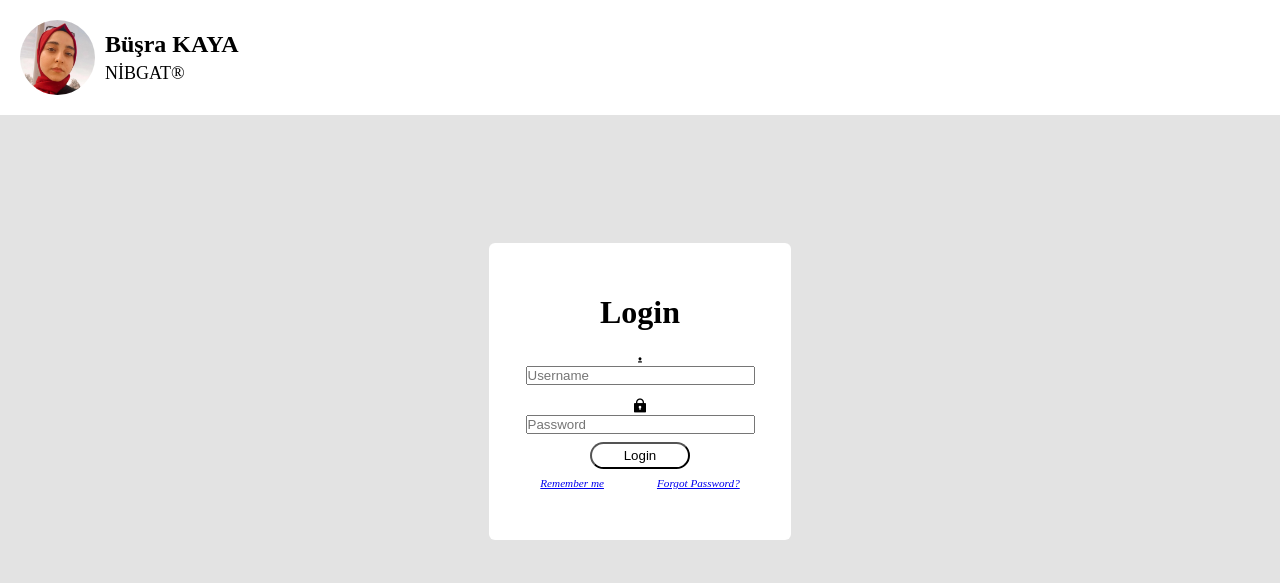
Repository: busra-kayaa/LoginPage
Page: login.html
These files come from the project's save history. The page is drawn as it stood at one moment and after the next save; the edit follows.
The browser window is 1280 px wide. The pictures show the whole page.

Above is the page before, as saved 2024-01-05 09:09:57.

After the next save:
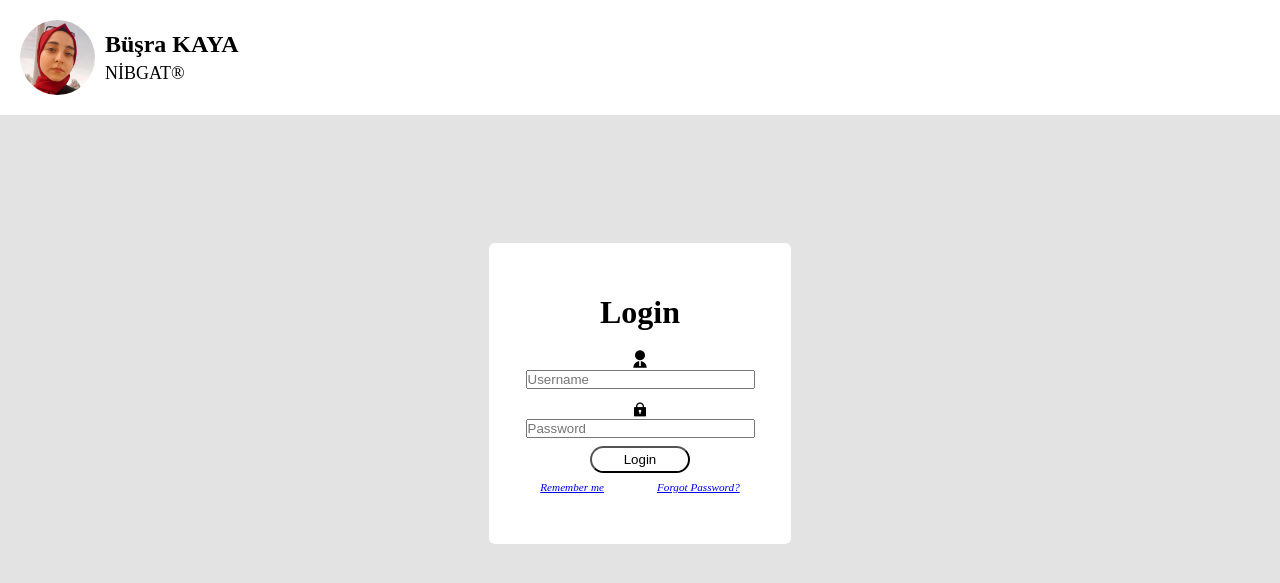
Saved 31 s later.
--- a/style.css
+++ b/style.css
@@ -74,7 +74,7 @@ body {
 }
 
 .input-group1 i {
-    font-size: 5%;
+    font-size: 1.25rem;
   }
 
 .input-text {
